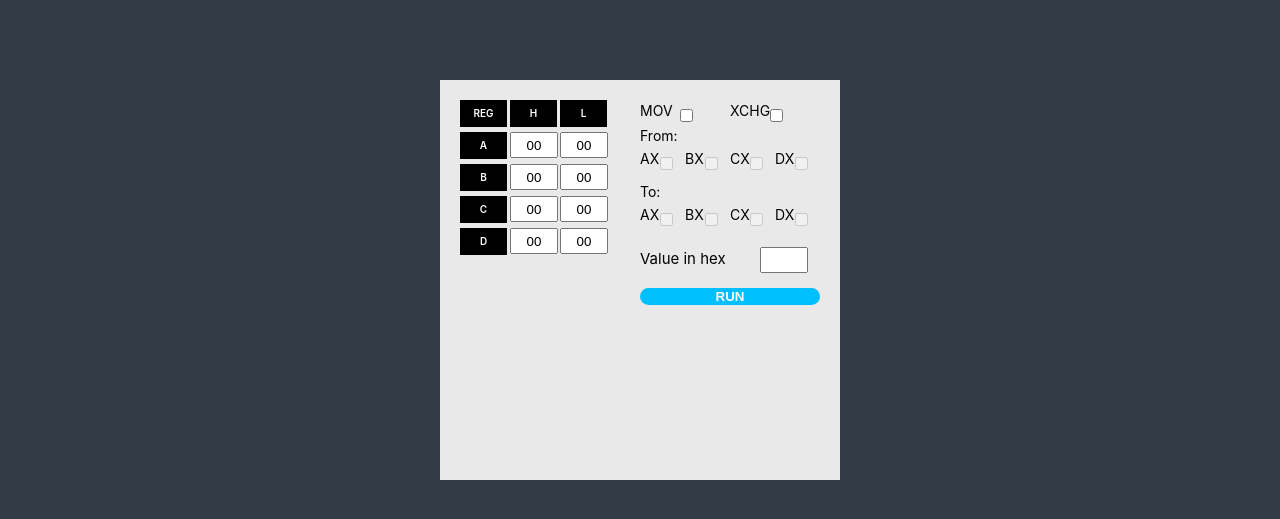
Repository: piookr-wsei/8086
Page: /
The author's editor kept a copy of each file at every save. The page is drawn from the files as they stood at one save, then again after the next save.
The browser window is 1280 px wide. The pictures show the whole page.
The project was rebuilt for these pictures with package versions that can differ from the ones it lists, and the page was loaded fresh each time.

Above is the page before, as saved 2022-06-19 00:52:15.

### src/App.js
import React from 'react';
import { useState } from 'react';
import './App.css';
import { RegDesc, RegInput, RegWrapper, UiWindow, UiWrapper, SettingsWrapper, Labels, CheckWrapper, OpBox, LineWrap, NumDesc, RegChWrapper, Run } from './Components/Components.elements';


function App() {

  const xchg="xchg";
  const mov="mov"
  const falseArray = [false,false,false,false,false,false,false,false]
  const [movChecked, setMovChecked] = useState(false);

  const [xchgChecked, setXchgChecked] = useState(false);

  const [opChosen,setOpChosen] = useState(null)

  function HandleCheck(name){
    if(name=="mov"){
      setMovChecked(!movChecked)
      setXchgChecked(false)
      setCheckLimit(1)
      setCheckedBoxes([false,false,false,false,false,false,false,false])
      setCheckCurrent(0)
      if(!movChecked){
        setRowOne(false)
        setRowTwo(true)}
      else{
        setRowOne(true)
        setRowTwo(true)}
    }
    else if(name=="xchg"){
      setXchgChecked(!xchgChecked)
      setMovChecked(false)
      setCheckLimit(2)
      setCheckedBoxes([false,false,false,false,false,false,false,false])
      setCheckCurrent(0)
      if(!xchgChecked){
        setRowOne(false)
        setRowTwo(false)}
      else{
        setRowOne(true)
        setRowTwo(true)}

    }
    else{
      let tempArray = checkedBoxes
      if(tempArray[name]==true)
      {
        tempArray[name]=!tempArray[name]
        console.log(tempArray[name])
        setCheckCurrent((checkCurrent => {return(checkCurrent - 1)}))
      }
      else if(tempArray[name]==false && checkCurrent<checkLimit)
      {
        tempArray[name]=!tempArray[name]
        console.log(tempArray[name])
        setCheckCurrent((checkCurrent => {return(checkCurrent + 1)}))
      }
      else{
        return
      }
      setCheckedBoxes(tempArray)
    }

    setOpChosen(name)
  }

  const [checkLimit, setCheckLimit] = useState(0);
  const [checkCurrent, setCheckCurrent] = useState(0);
  const [checkedBoxes, setCheckedBoxes] = useState([false,false,false,false,false,false,false,false])
  const [tempString, setTempString] = useState("")


function OpChange(){
  return(
    <>
    <Labels>
      <CheckWrapper>
        MOV
        <OpBox type="checkbox"  checked={movChecked} onClick={() => HandleCheck(mov)} id="MOV"/>
      </CheckWrapper>
      <CheckWrapper style={{position:"relative", left:"10px"}}>
        XCHG
        <OpBox type="checkbox" checked={xchgChecked} onChange={() => HandleCheck(xchg)} id="XCHG" name="XCHG"/>
      </CheckWrapper>
    </Labels>
    </>
    )
  }

  const [text, setText]=useState({topText:""});

  function handleChange(event){
    const name = event.target.name
    if(event.target.value.length==0){
      setText(oldText => {
        return({
          ...oldText,
          [name]:event.target.value

      })}
      )}
    else{
    console.log(event.target.value[event.target.value.length-1])
    event.target.value=event.target.value.toUpperCase()
    setText(oldText => {
      if(event.target.value[event.target.value.length-1].match(/^(1|2|3|4|5|6|7|8|9|A|B|C|D|E|F)$/)){
      return({
        ...oldText,
        [name]:event.target.value

    })}
    else{return oldText}
  })}
}

function Compile(){
  let first="00";
  let second="00"
  let tempArray=regValues

  if(movChecked==true && checkCurrent==1 && text.topText!=""){


    if(checkedBoxes[0]){

      if(text.topText.length<=2){tempArray[1]=text.topText; setRegValues(tempArray); console.log(tempArray)}
      else if(text.topText.length<=4){tempArray[1]=text.topText[1]+text.topText[0]; tempArray[0]=text.topText.substring(2); setRegValues(tempArray); setCheckedBoxes(falseArray)}
    }




    else if(checkedBoxes[1]){
      if(text.topText.length<=2){tempArray[3]=text.topText; setRegValues(tempArray)}
      if(text.topText.length<=4){tempArray[3]=text.topText[1]+text.topText[0]; tempArray[2]=text.topText.substring(2); setRegValues(tempArray)}
    }
    else if(checkedBoxes[2]){
      if(text.topText.length<=2){tempArray[5]=text.topText; setRegValues(tempArray)}
      if(text.topText.length<=4){tempArray[5]=text.topText[1]+text.topText[0]; tempArray[4]=text.topText.substring(2); setRegValues(tempArray)}
    }
    else if(checkedBoxes[3]){
      if(text.topText.length<=2){tempArray[7]=text.topText; setRegValues(tempArray)}
      if(text.topText.length<=4){tempArray[7]=text.topText[1]+text.topText[0]; tempArray[6]=text.topText.substring(2); setRegValues(tempArray)}
    }
  }
  else if(xchgChecked==true && checkCurrent==2 && text.topText!=""){

  }
  else
  return
}


const [regValues,setRegValues] = useState(["00","00","00","00","00","00","00","00"])
const [rowOne, setRowOne] = useState(true);
const [rowTwo, setRowTwo] = useState(true);



  return (
    <div className="App">
      <UiWindow>
        <UiWrapper>
          <RegWrapper>
            <RegDesc textContent={"REG"}/>  <RegDesc textContent={"H"}/>  <RegDesc textContent={"L"}/>

            <RegDesc textContent={"A"}/>  <RegInput  readOnly value={regValues[0]}/> <RegInput  readOnly value={regValues[1]}/>
            <RegDesc textContent={"B"}/>  <RegInput  readOnly  value={regValues[2]}/> <RegInput  readOnly  value={regValues[3]}/>
            <RegDesc textContent={"C"} />  <RegInput  readOnly  value={regValues[4]}/> <RegInput  readOnly  value={regValues[5]}/>
            <RegDesc textContent={"D"}/>  <RegInput  readOnly  value={regValues[6]}/> <RegInput  readOnly  value={regValues[7]}/>
          </RegWrapper>

          <SettingsWrapper>

              <OpChange/>
              <LineWrap>From:</LineWrap>
              <RegChWrapper>
                <CheckWrapper>
                  AX<OpBox type="checkbox" checked={checkedBoxes[0]} onChange={() => HandleCheck(0)} disabled={rowOne}/>
                </CheckWrapper>
                <CheckWrapper>
                  BX<OpBox type="checkbox" checked={checkedBoxes[1]} onChange={() => HandleCheck(1)} disabled={rowOne}/>
                </CheckWrapper>
                <CheckWrapper>
                  CX<OpBox type="checkbox" checked={checkedBoxes[2]} onChange={() => HandleCheck(2)} disabled={rowOne}/>
                </CheckWrapper>
                <CheckWrapper>
                  DX<OpBox type="checkbox" checked={checkedBoxes[3]} onChange={() => HandleCheck(3)} disabled={rowOne}/>
                </CheckWrapper>
              </RegChWrapper>
              <LineWrap>To:</LineWrap>
              <RegChWrapper>
                <CheckWrapper>
                  AX<OpBox type="checkbox" checked={checkedBoxes[4]} onChange={() => HandleCheck(4)} disabled={rowTwo}/>
                </CheckWrapper>
                <CheckWrapper>
                  BX<OpBox type="checkbox" checked={checkedBoxes[5]} onChange={() => HandleCheck(5)} disabled={rowTwo}/>
                </CheckWrapper>
                <CheckWrapper>
                  CX<OpBox type="checkbox" checked={checkedBoxes[6]} onChange={() => HandleCheck(6)} disabled={rowTwo}/>
                </CheckWrapper>
                <CheckWrapper>
                  DX<OpBox type="checkbox" checked={checkedBoxes[7]} onChange={() => HandleCheck(7)} disabled={rowTwo}/>
                </CheckWrapper>
              </RegChWrapper>

              <LineWrap>
              <NumDesc textContent={"Value in hex"}/>  <RegInput type="text" id="field-1" className="field" name="topText" onChange={handleChange}  maxLength={2} style={{width:"40px"}}  value={text.topText}/>

              </LineWrap>
              <Run onClick={Compile}>RUN</Run>
          </SettingsWrapper>



        </UiWrapper>
      </UiWindow>

    </div>
  );
}

export default App;

### src/App.css
body{
  height: 100%;
  background: rgba(1, 10, 22, 0.8);
}

.App-logo {
  height: 40vmin;
  pointer-events: none;
}

@media (prefers-reduced-motion: no-preference) {
  .App-logo {
    animation: App-logo-spin infinite 20s linear;
  }
}

.App-header {
  background-color: #282c34;
  min-height: 100vh;
  display: flex;
  flex-direction: column;
  align-items: center;
  justify-content: center;
  font-size: calc(10px + 2vmin);
  color: white;
}

.App-link {
  color: #61dafb;
}

@keyframes App-logo-spin {
  from {
    transform: rotate(0deg);
  }
  to {
    transform: rotate(360deg);
  }
}

### src/Components/Components.elements.js
import styled from "styled-components";

export const UiWindow = styled.div`
    height: 400px;
    width: 400px;
    background: rgb(233,233,233);
    position: relative;
    margin: auto;
    top: 80px;
`

export const UiWrapper = styled.div`
    border: 20px solid transparent;
    display: grid;
    grid-template-columns: 1fr 1fr;
    grid-template-rows: 160px 209px;
`

export const RegWrapper = styled.div`
    width: 180px;
    //background: rgba(0,0,0,0.1);
    position: relative;
    left: 0;
    display: grid;
    grid-template-columns: 50px 50px 50px;
`

export const RegInput = styled.input`
    height: 20px;
    width: 40px;
    margin-bottom:5px;
    text-align: center;
`

export const SettingsWrapper = styled.div`
    width: 180px;
    //background: rgba(0,0,0,0.1);
    position: relative;
    right: 0;
    display: grid;
    grid-template-columns: 180px;
    //border: solid 1px black;
    font-size: 14px;
    line-height: 22px;
    grid-template-rows: 24px 24px 32px 24px repeat(auto-fit, 32px);

`

export const RegDescSC = styled.div`
    height: 27px;
    width: 47px;
    background: black;
    margin-bottom:5px;
    color: white;
    font-weight: 600;
`

export const DescText = styled.p`
    font-size: 10px;
    text-align: center;
    position: relative;
    top: -3px;
`

export function RegDesc(props){
    return(
        <RegDescSC>
            <DescText>{props.textContent}</DescText>
        </RegDescSC>
    )
}

export const Labels = styled.div`
    display: grid;
    grid-template-columns: 80px 80px;
`

export const CheckWrapper = styled.div`

    min-width: 30px;
    max-width: 65px;
    height: 25px;
    display: flex;
    justify-content: space-between;
`

export const OpBox = styled.input`
    vertical-align: "middle";
    position: relative;
    top: 3px;
    left: -9px;
`

export const LineWrap = styled.div`
    width: 180px;
    display: flex;
    align-items: center;
`

export const NumSC = styled.div`
    width: 120px;
    text-align: left !important;
`

export function NumDesc(props){
    return(
        <NumSC>
            <DescText style={{textAlign: "left", fontSize:"15px"}}>{props.textContent}</DescText>
        </NumSC>
    )
}

export const RegChWrapper = styled.div`
width: 180px;
display: grid;
grid-template-columns: 45px 45px 45px 45px ;
`

export const Run = styled.button`
width: 180px;
border-radius: 10px;
border:transparent 4px;
background-color: #00bfff;
margin: 0px auto 4px auto;
font-weight: 700;
color: white;
cursor: pointer;
&:hover {


  }
`

Loaded but not shown: public/index.html (common file); src/index.js (common file); src/index.css (common file); src/reportWebVitals.js (common file)

After the next save:
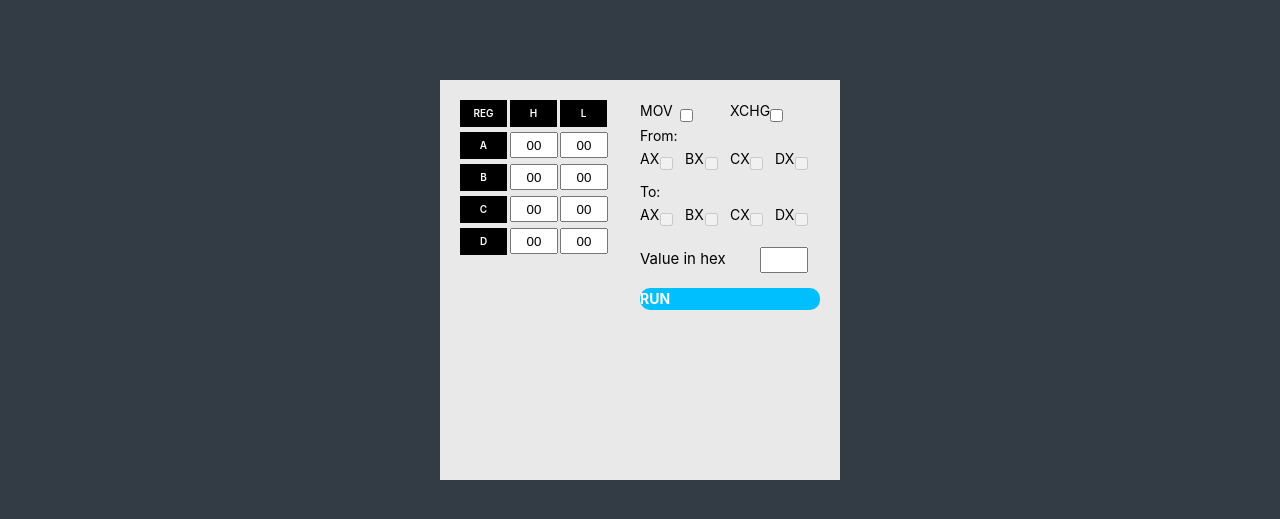
Saved 28 s later.
--- a/src/Components/Components.elements.js
+++ b/src/Components/Components.elements.js
@@ -116,7 +116,7 @@
 grid-template-columns: 45px 45px 45px 45px ;
 `
 
-export const Run = styled.button`
+export const Run = styled.div`
 width: 180px;
 border-radius: 10px;
 border:transparent 4px;

After the save that followed:
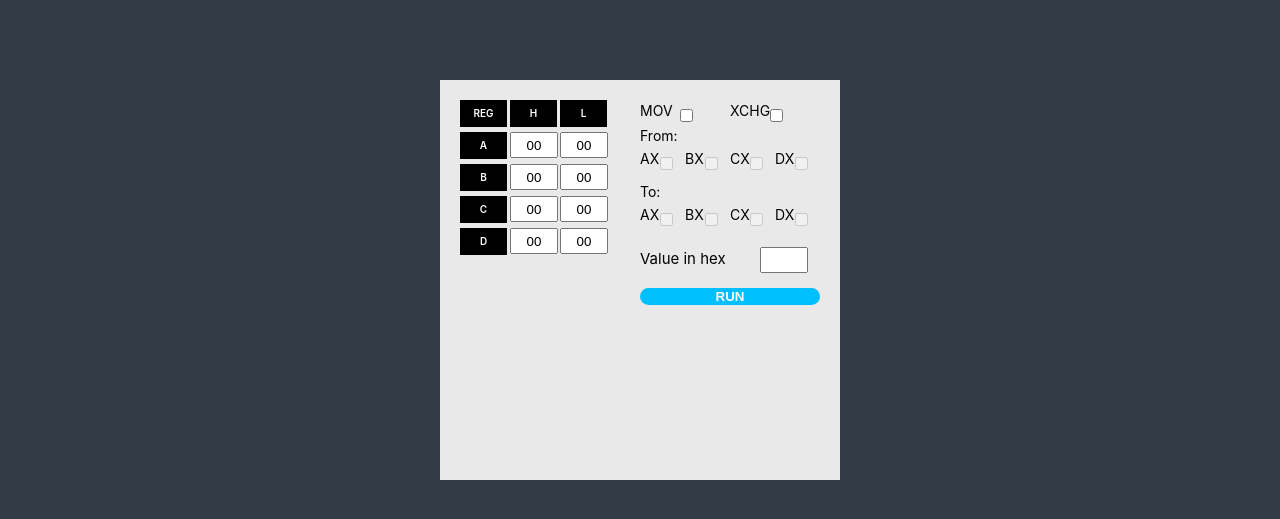
Saved 22 s later.
--- a/src/Components/Components.elements.js
+++ b/src/Components/Components.elements.js
@@ -116,7 +116,7 @@
 grid-template-columns: 45px 45px 45px 45px ;
 `
 
-export const Run = styled.div`
+export const Run = styled.button`
 width: 180px;
 border-radius: 10px;
 border:transparent 4px;
